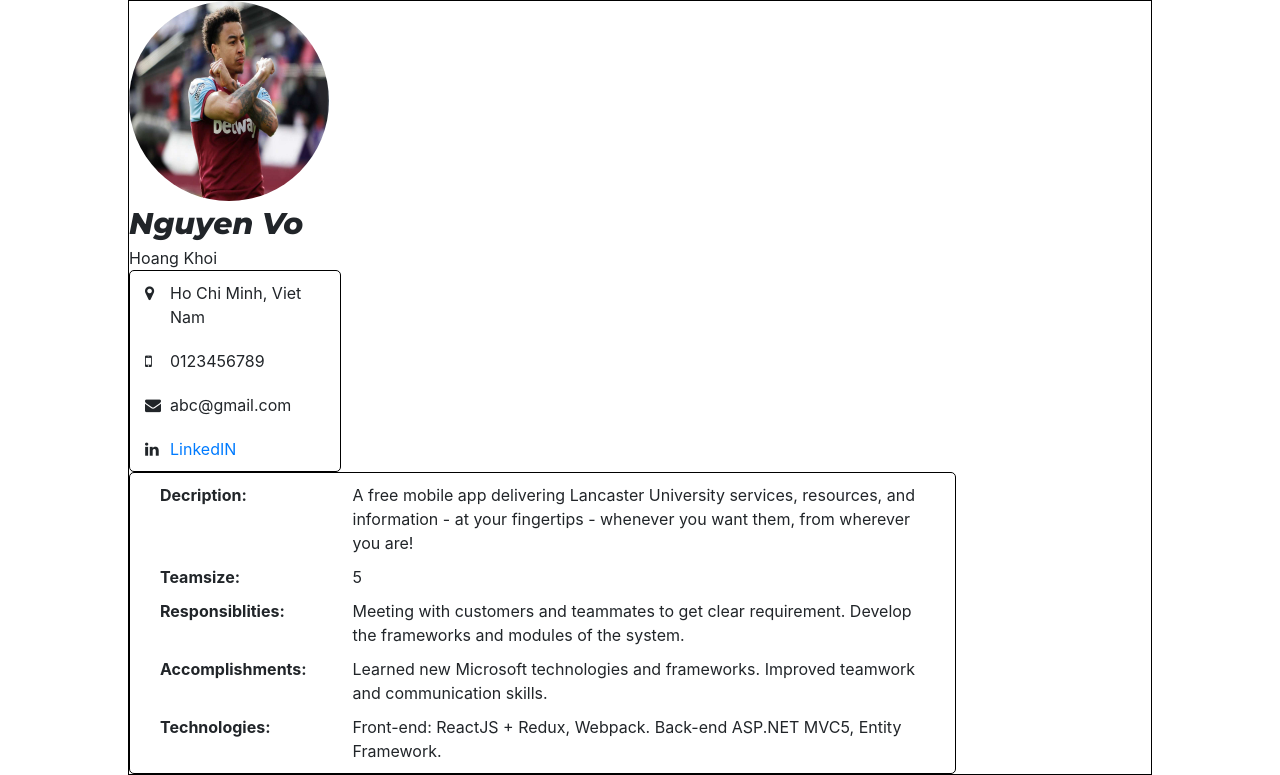
Repository: khoibanh113/mycv
Page: /
An editor plug-in stored every save of this project. The page is shown before and after the next save, followed by the edit.
The browser window is 1280 px wide. The pictures show the whole page.
The project was rebuilt for these pictures with package versions that can differ from the ones it lists, and the page was loaded fresh each time.

Above is the page before, as saved 2021-04-02 15:05:01.

After the next save:
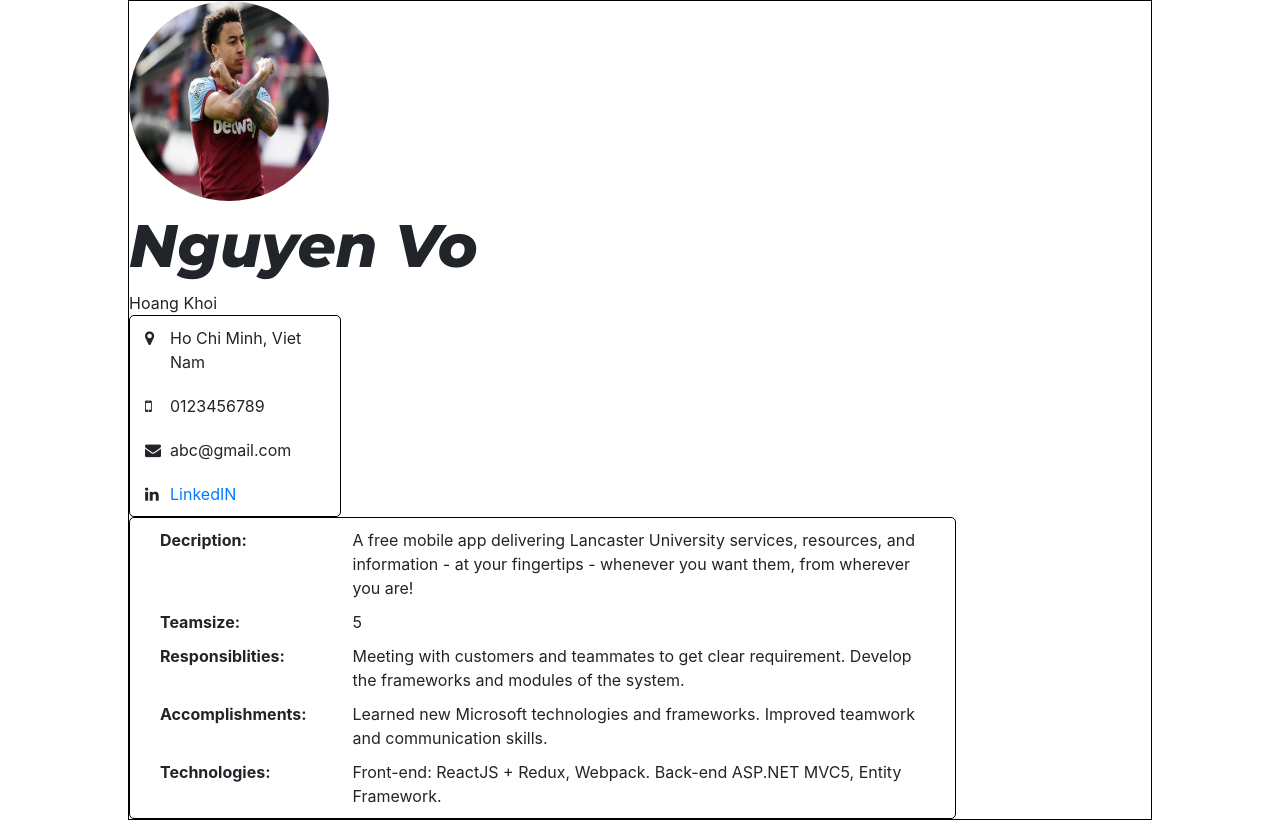
Saved 4 min 36 s later.
--- a/src/css/name.css
+++ b/src/css/name.css
@@ -1,5 +1,5 @@
 @import url('https://fonts.googleapis.com/css2?family=Montserrat:ital,wght@1,800&display=swap');
 .last-Name{
     font-family: 'Montserrat', sans-serif;
-    font-size: 30px;
+    font-size: 60px;
 }
